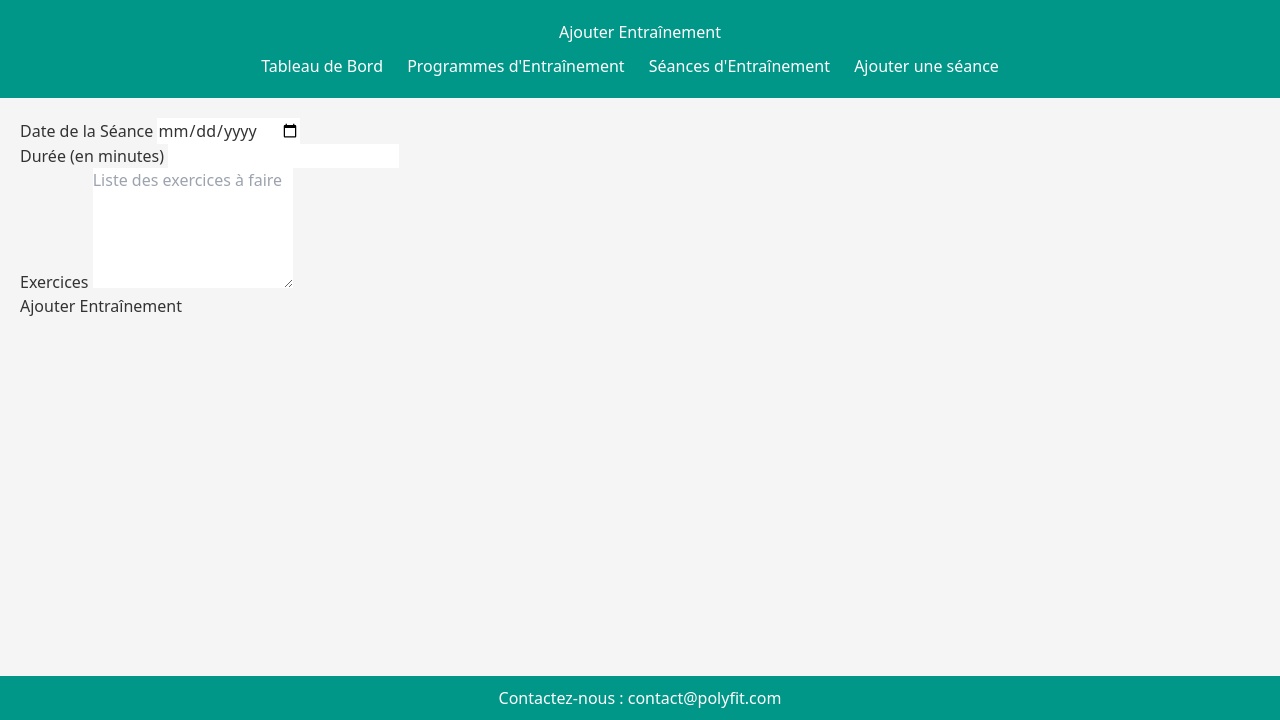
Repository: rimessouabni/polyfit
Page: src/main/resources/static/AddWorkout.html
These files come from the project's save history. The page is drawn as it stood at one moment and after the next save; the edit follows.
The browser window is 1280 px wide. The pictures show the whole page.

Above is the page before, as saved 2024-03-18 16:06:34.

### src/main/resources/static/AddWorkout.html
<!DOCTYPE html>
<html lang="fr">
<head>
    <meta charset="UTF-8">
    <meta name="viewport" content="width=device-width, initial-scale=1.0">
    <title>PolyFit - Ajouter Entraînement</title>
    <link rel="stylesheet" href="styles.css">
    <link href="https://cdn.jsdelivr.net/npm/tailwindcss@2.2.19/dist/tailwind.min.css" rel="stylesheet">
</head>
<body>
    <header>
        <h1>Ajouter Entraînement</h1>
        <nav>
            <ul>
                <li><a href="dashboard.html">Tableau de Bord</a></li>
                <li><a href="programs.html">Programmes d'Entraînement</a></li>
                <li><a href="workouts.html">Séances d'Entraînement</a></li>
                <li><a href="AddWorkout.html">Ajouter une séance</a></li>
            </ul>
        </nav>
    </header>

    <div class="container workouts-container">
        <form class="workout-form">
            <div class="form-group">
                <label for="date">Date de la Séance</label>
                <input type="date" id="date" name="date">
            </div>
            <div class="form-group">
                <label for="duration">Durée (en minutes)</label>
                <input type="number" id="duration" name="duration">
            </div>
            <div class="form-group">
                <label for="exercises">Exercices</label>
                <textarea id="exercises" name="exercises" rows="5" placeholder="Liste des exercices à faire"></textarea>
            </div>
            <button type="submit">Ajouter Entraînement</button>
        </form>
    </div>

    <footer>
        <p>Contactez-nous : contact@polyfit.com</p>
    </footer>
</body>
</html>

### src/main/resources/static/styles.css
/* Reset des styles par défaut */
body, h1, h2, h3, p, ul, li {
    margin: 0;
    padding: 0;
}

body {
    font-family: Arial, sans-serif;
    background-color: #f5f5f5;
    color: #333;
}

header {
    background-color: #009688;
    color: #fff;
    padding: 20px;
    text-align: center;
}

header h1 {
    margin-bottom: 10px;
}

nav ul {
    list-style-type: none;
}

nav ul li {
    display: inline;
    margin-right: 20px;
}

nav ul li a {
    color: #fff;
    text-decoration: none;
}

.container {
    width: 80%;
    margin: 0 auto;
    padding: 20px;
}

.workout {
    background-color: #fff;
    border-radius: 5px;
    box-shadow: 0 0 10px rgba(0, 0, 0, 0.1);
    padding: 20px;
    margin-bottom: 20px;
}

.workout h3 {
    color: #009688;
    margin-bottom: 10px;
}

.workout p {
    color: #666;
    margin-bottom: 10px;
}

.workout ul {
    list-style-type: none;
}

.workout ul li {
    margin-bottom: 5px;
}

/* Styles pour les icônes */
.workout ul li img {
    width: 30px; /* Ajustez la taille des icônes ici */
    margin-right: 10px;
    vertical-align: middle;
}

footer {
    background-color: #009688;
    color: #fff;
    text-align: center;
    padding: 10px 0;
    position: fixed;
    width: 100%;
    bottom: 0;
}

After the next save:
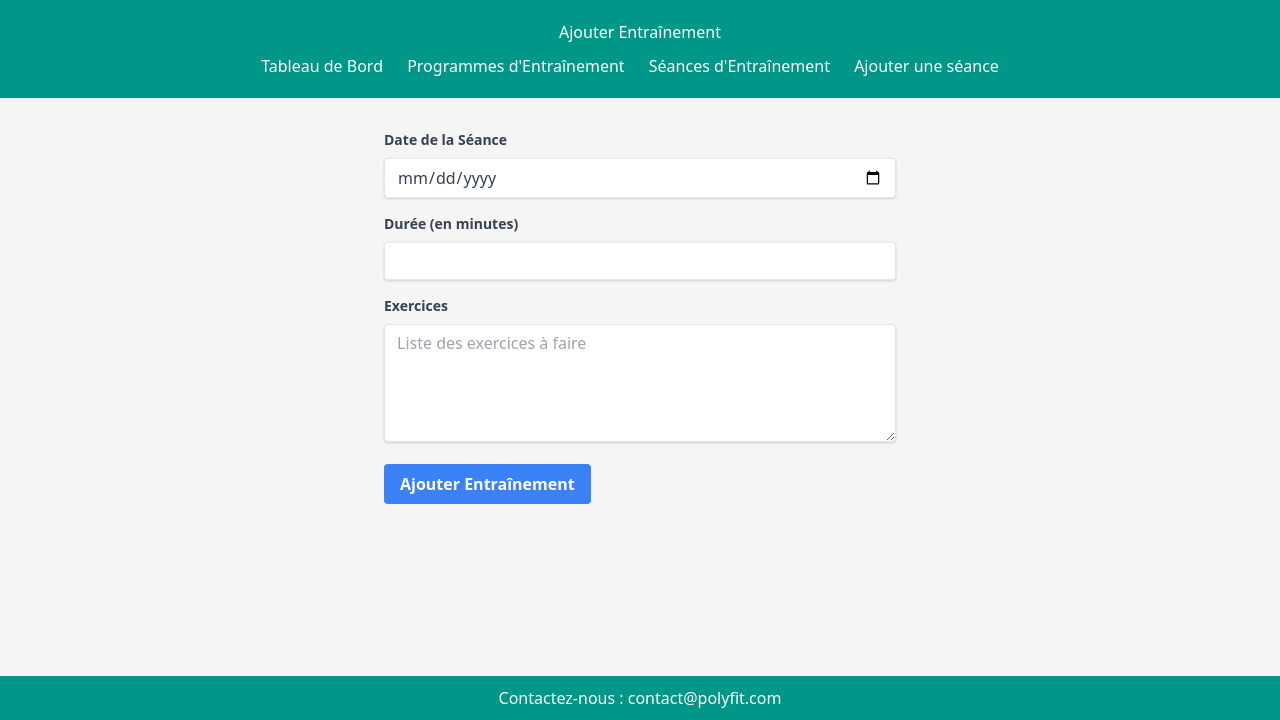
Saved 40 s later.
--- a/src/main/resources/static/AddWorkout.html
+++ b/src/main/resources/static/AddWorkout.html
@@ -20,21 +20,21 @@
         </nav>
     </header>
 
-    <div class="container workouts-container">
-        <form class="workout-form">
-            <div class="form-group">
-                <label for="date">Date de la Séance</label>
-                <input type="date" id="date" name="date">
+    <div class="container mx-auto py-8 px-4">
+        <form class="max-w-lg mx-auto">
+            <div class="mb-4">
+                <label for="date" class="block text-gray-700 text-sm font-bold mb-2">Date de la Séance</label>
+                <input type="date" id="date" name="date" class="shadow appearance-none border rounded w-full py-2 px-3 text-gray-700 leading-tight focus:outline-none focus:shadow-outline">
             </div>
-            <div class="form-group">
-                <label for="duration">Durée (en minutes)</label>
-                <input type="number" id="duration" name="duration">
+            <div class="mb-4">
+                <label for="duration" class="block text-gray-700 text-sm font-bold mb-2">Durée (en minutes)</label>
+                <input type="number" id="duration" name="duration" class="shadow appearance-none border rounded w-full py-2 px-3 text-gray-700 leading-tight focus:outline-none focus:shadow-outline">
             </div>
-            <div class="form-group">
-                <label for="exercises">Exercices</label>
-                <textarea id="exercises" name="exercises" rows="5" placeholder="Liste des exercices à faire"></textarea>
+            <div class="mb-4">
+                <label for="exercises" class="block text-gray-700 text-sm font-bold mb-2">Exercices</label>
+                <textarea id="exercises" name="exercises" rows="5" placeholder="Liste des exercices à faire" class="shadow appearance-none border rounded w-full py-2 px-3 text-gray-700 leading-tight focus:outline-none focus:shadow-outline"></textarea>
             </div>
-            <button type="submit">Ajouter Entraînement</button>
+            <button type="submit" class="bg-blue-500 hover:bg-blue-700 text-white font-bold py-2 px-4 rounded focus:outline-none focus:shadow-outline">Ajouter Entraînement</button>
         </form>
     </div>
 
